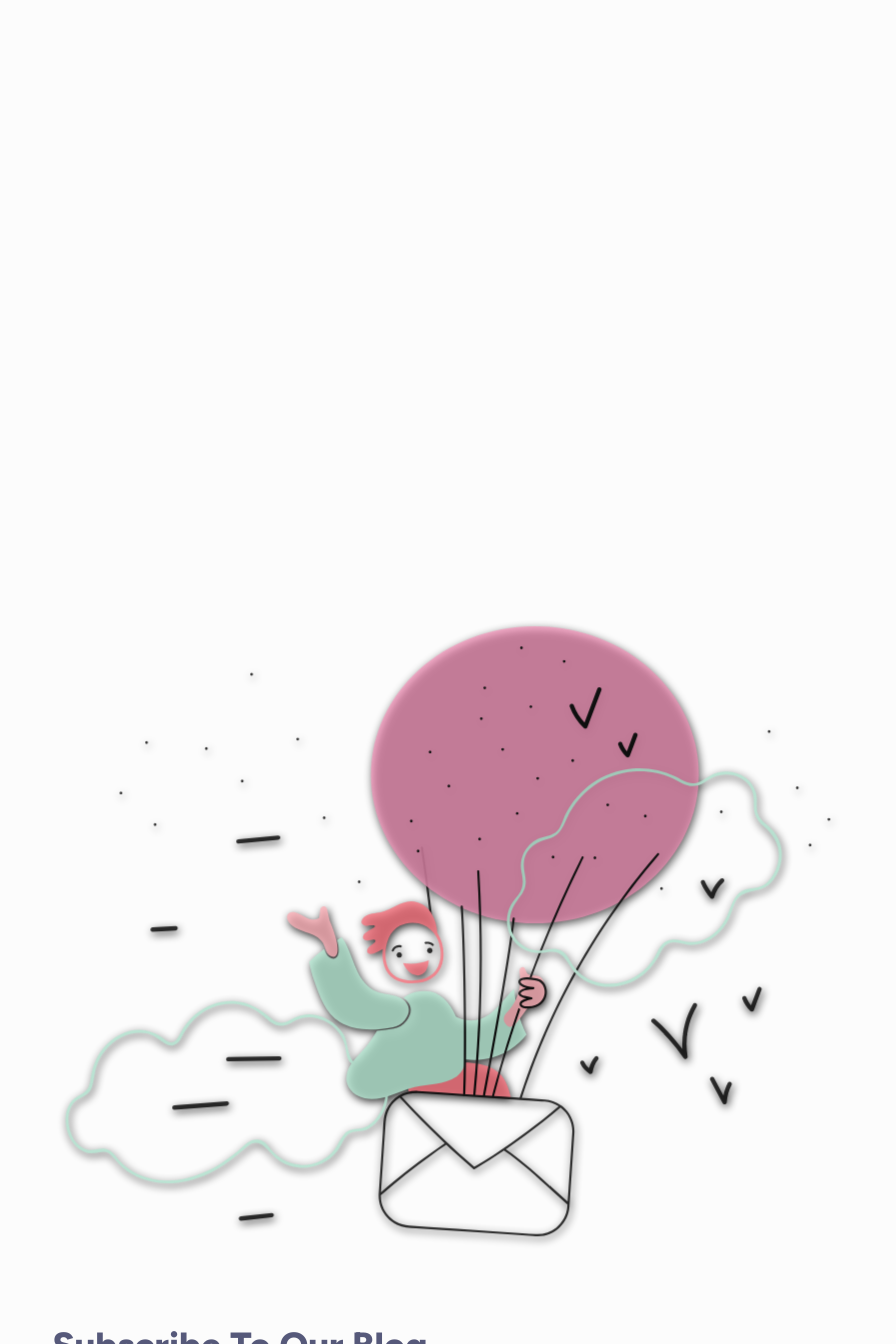
Repository: ArusyakAghajanyan/MirageFigma
Page: Figma/index.html
These files come from the project's save history. The page is drawn as it stood at one moment and after the next save; the edit follows.
The browser window is 1280 px wide. The pictures show the part of the page from y = 3869 to 5789 px (the page is 5923 px tall before and 5283 px after), at 70% of full size.
A picture or video elsewhere on the page could not be fetched, so the positions and the page height are approximate.

Above is the page before, as saved 2022-08-23 16:53:59.

### Figma/index.html
<!DOCTYPE html>
<html lang="en">
  <head>
    <meta charset="UTF-8" />
    <meta http-equiv="X-UA-Compatible" content="IE=edge" />
    <meta name="viewport" content="width=device-width, initial-scale=1.0" />
    <link rel="stylesheet" href="./assets/./css/reset.css" />
    <link rel="stylesheet" href="./assets/css/style.css" />
    <link rel="stylesheet" href="./assets/css/responsive.css" />
    <title>Mirage</title>
  </head>
  <body>
    <header class="header">
      <div class="container">
        <div class="header-content">
          <h1 class="header__logo"><span class="text-primary">Mi</span>rage</h1>
          <nav class="header__nav">
            <ul class="header__menu">
              <li class="header__menu-item">
                <a href="#" class="header__menu-link">Home</a>
              </li>
              <li class="header__menu-item">
                <a href="#" class="header__menu-link">About</a>
              </li>
              <li class="header__menu-item">
                <a href="#" class="header__menu-link">Product</a>
              </li>
              <li class="header__menu-item">
                <a href="#" class="header__menu-link">Pricing</a>
              </li>
              <li class="header__menu-item">
                <a href="#" class="header__menu-link">Test</a>
              </li>
            </ul>
          </nav>
        </div>
      </div>
    </header>
    <main>
      <section class="intro">
        <div class="container">
          <div class="intro-content">
            <div class="intro__description">
              <h2 class="title">__Creative Agency</h2>
              <h3 class="intro__subtitle">
                We Deliver The Best Product for You
              </h3>
              <p class="details">
                Design is the creation of a plan or convention for the
                construction of an object or a system as in architectural
                blueprints, engineering drawings, business processes,
              </p>
              <button class="intro__button base-button base-button--primary">
                <span class="intro__button-text">Get started</span>
                <img
                  class="intro__button-icon"
                  src="./assets/icons/Group 1.svg"
                  alt="arrow"
                />
              </button>
            </div>
            <div class="intro__image-wrapper">
              <img
                class="intro__img"
                src="./assets/images/intro-image.svg"
                alt=""
              />
            </div>
          </div>
        </div>
      </section>
      <section class="services">
        <div class="container">
          <div class="services-content">
            <div class="services__description">
              <h2 class="title">Our Services</h2>
              <h3 class="subtitle services__subtitle">Why People Choose Us</h3>
            </div>
            <div class="services__card">
              <div class="services__card-item">
                <div class="services__image-wrapper">
                  <img
                    class="services__image"
                    src="./assets/images/service-image1.svg"
                    alt="Design"
                  />
                </div>
                <h2 class="services__card-item-title">Design</h2>
                <p class="services__card-item-description">
                  a plan or drawing produced to show the look and function
                </p>
              </div>

              <div class="services__card-item">
                <div class="services__image-wrapper">
                  <img
                    class="services__image"
                    src="./assets/images/service-image2.svg"
                    alt="Development"
                  />
                </div>
                <h2 class="services__card-item-title">Development</h2>
                <p class="services__card-item-description">
                    Development is defined as the process of growth or new</p>
              </div>


              <div class="services__card-item">
                <div class="services__image-wrapper">
                  <img
                    class="services__image"
                    src="./assets/images/service-image3.svg"
                    alt="Branding"
                  />
                </div>
                <h2 class="services__card-item-title">Branding</h2>
                <p class="services__card-item-description">
                    The marketing practice of creating a name, symbol or</p>
                    <div class="services__card-more">
                        <span class="services__card-more-text" >Learn more</span>
                        <img class="services__card-more-icon" src="./assets/images/arrow.svg" alt="">
                    </div>
              </div>

              <div class="services__card-item">
                <div class="services__image-wrapper">
                  <img
                    class="services__image"
                    src="./assets/images/service-image1.svg"
                    alt="Illustration"
                  />
                </div>
                <h2 class="services__card-item-title">Illustration</h2>
                <p class="services__card-item-description">
                    An illustration is a decoration, interpretation or visual                </p>
              </div>
            </div>
          </div>
        </div>
      </section>
      <section class="design">
        <div class="container">
          <div class="design-content">
            <div class="design__image-wrapper">
                <img
                  class="design__img"
                  src="./assets/images/design-image.svg"
                  alt=""
                />
              </div>
            <div class="design__description">
              <h2 class="title">Design Things </h2>
              <h3 class="subtitle">
                We Loves To Design
                Your Creative Ideas              </h3>
              <p class="details">
                A creative concept is an overarching “Big Idea” that captures audience interest, influences their emotional response and inspires them to take action.It is a unifying theme that can be used across all campaign messages
              </p>
              <button class="design__button base-button base-button--primary">
                <span class="design__button-text">Learn more</span>
                <img
                  class="design__button-icon"
                  src="./assets/icons/Group 1.svg"
                  alt="arrow"
                />
              </button>
            </div>

          </div>
        </div>
      </section>
      <section class="teamwork">
        <div class="container">
          <div class="teamwork-content">

            <div class="teamwork__description">
              <h2 class="title">Our Teamwork</h2>
              <h3 class="subtitle">
                We Believe Success
                Lies On Teamwork
              </h3>
              <p class="details">
                Good teamwork means a synergistic way of working with each person committed and working towards a shared goal. ... It is therefore a necessity that leaders facilitate and build the teamwork skills of their people if they are
              </p>
              <button class="teamwork__button base-button base-button--primary">
                <span class="teamwork__button-text">Learn more</span>
                <img
                  class="teamwork__button-icon"
                  src="./assets/icons/Group 1.svg"
                  alt="arrow"
                />
              </button>
            </div>
            <div class="teamwork__image-wrapper">
                <img
                  class="teamwork__img"
                  src="./assets/images/teamwork-image.svg"
                  alt=""
                />
              </div>

          </div>
        </div>
      </section>
      <section class="testimonial">
        <div class="container">
          <div class="testimonial-content">
            <div class="testimonial__image-wrapper">
                <img
                  class="testimonial__img"
                  src="./assets/images/testimonial-image.svg"
                  alt=""
                />
              </div>
            <div class="testimonial__description">
              <h2 class="title">Testimonial</h2>
              <h3 class="subtitle testimonial__subtitle">
                Thats What Our
                Client Says About Us</h3>
              <p class="details">
                “ Heartiest congratulations to the team for Future projects. I extend thankful wishes and wish the team best of luck for the future assignments to come. Your effort is gladly ”              </p>
              <h5 class="testimonial__name">Jorge Morrison</h5>
              <h6 class="testimonial__address">North California,USA</h6>
            </div>
        </div>
           <div class="testimonial__partners">

                   <div class="testimonial__partners-logo">
                       <img class="testimonial__partners-logo-image" src="./assets/images/ferrari.svg" alt="">
                   </div>
                   <div class="testimonial__partners-logo">
                    <img class="testimonial__partners-logo-image" src="./assets/images/microsoft-gray.svg" alt="">
                </div>
                <div class="testimonial__partners-logo">
                    <img class="testimonial__partners-logo-image" src="./assets/images/nat-geo.svg" alt="">
                </div>
                <div class="testimonial__partners-logo">
                    <img class="testimonial__partners-logo-image" src="./assets/images/deloitte-gray.svg" alt="">
                </div>
                <div class="testimonial__partners-logo">
                    <img class="testimonial__partners-logo-image" src="./assets/images/google.svg" alt="">
                </div>

          </div>
        </div>
      </section>
      <section class="subscribe">
        <div class="container">
            <div class="subscribe__image-wrapper">
                <img
                  class="intro__img"
                  src="./assets/images/messagesent-image.svg"
                  alt=""
                />
              </div>
          <div class="subscribe-content">
            <div class="subscribe__description">
              <h2 class="subtitle">Subscribe To Our Blog</h2>

              <p class="subscribe__details">
                A newsletter is a tool used to communicate regularly with
                your subscribers, delivering the information
              </p>
             <div class="subscribe__sent">
                 <div class="subscribe__sent-image-wrraper">
                     <img class="subsribe__image" src="./assets/images/mes-icon.png" alt="">
                 </div>
                 <span class="subsribe__massege-text">Type Your Email Address</span>
             </div>
                 <button class="subsribe__button base-button base-button--primary">
                <span class="subsribe__button-text">Send now</span>
                <img
                  class="subsribe__button-icon"
                  src="./assets/icons/Group 1.svg"
                  alt="arrow"
                />
              </button>


            </div>

          </div>
        </div>
      </section>



    </main>
  </body>
</html>

### Figma/assets/css/reset.css
html, body, div, span, applet, object, iframe,
h1, h2, h3, h4, h5, h6, p, blockquote, pre,
a, abbr, acronym, address, big, cite, code,
del, dfn, em, img, ins, kbd, q, s, samp,
small, strike, strong, sub, sup, tt, var,
b, u, i, center,
dl, dt, dd, ol, ul, li,
fieldset, form, label, legend,
table, caption, tbody, tfoot, thead, tr, th, td,
article, aside, canvas, details, embed,
figure, figcaption, footer, header, hgroup,
menu, nav, output, ruby, section, summary,
time, mark, audio, video {
	margin: 0;
	padding: 0;
	border: 0;
	font-size: 100%;
	font: inherit;
	vertical-align: baseline;
}

article, aside, details, figcaption, figure,
footer, header, hgroup, menu, nav, section {
	display: block;
}
body {
	line-height: 1;
}
ol, ul {
	list-style: none;
}
blockquote, q {
	quotes: none;
}
blockquote:before, blockquote:after,
q:before, q:after {
	content: '';
	content: none;
}
table {
	border-collapse: collapse;
	border-spacing: 0;
}
a {
        color: inherit;
    text-decoration: none;
  }
*, *::before, *::after {
    box-sizing: border-box;
  }

### Figma/assets/css/style.css
/* Fonts */
@import url("../fonts/fonts.css");

/* Variables */
@import url("./var.css");

/* UI */
@import url("./UI/button.css");



@import url("./main.css");

/* Sections */
@import url("./sections/header.css");
@import url("./sections/intro.css");
@import url("./sections/services.css");
@import url("./sections/design.css");
@import url("./sections/teamwork.css");
@import url("./sections/testimonial.css");
@import url("./sections/subscribe.css");

### Figma/assets/fonts/fonts.css
@font-face {
    font-family: 'Figtree';
    src: url('Figtree-Black.eot');
    src: url('Figtree-Black.eot?#iefix') format('embedded-opentype'),
        url('Figtree-Black.woff2') format('woff2'),
        url('Figtree-Black.woff') format('woff'),
        url('Figtree-Black.ttf') format('truetype');
    font-weight: 900;
    font-style: normal;
    font-display: swap;
}

@font-face {
    font-family: 'Figtree';
    src: url('Figtree-Light.eot');
    src: url('Figtree-Light.eot?#iefix') format('embedded-opentype'),
        url('Figtree-Light.woff2') format('woff2'),
        url('Figtree-Light.woff') format('woff'),
        url('Figtree-Light.ttf') format('truetype');
    font-weight: 300;
    font-style: normal;
    font-display: swap;
}

@font-face {
    font-family: 'Figtree';
    src: url('Figtree-SemiBold.eot');
    src: url('Figtree-SemiBold.eot?#iefix') format('embedded-opentype'),
        url('Figtree-SemiBold.woff2') format('woff2'),
        url('Figtree-SemiBold.woff') format('woff'),
        url('Figtree-SemiBold.ttf') format('truetype');
    font-weight: 600;
    font-style: normal;
    font-display: swap;
}

@font-face {
    font-family: 'Figtree';
    src: url('Figtree-Medium.eot');
    src: url('Figtree-Medium.eot?#iefix') format('embedded-opentype'),
        url('Figtree-Medium.woff2') format('woff2'),
        url('Figtree-Medium.woff') format('woff'),
        url('Figtree-Medium.ttf') format('truetype');
    font-weight: 500;
    font-style: normal;
    font-display: swap;
}

@font-face {
    font-family: 'Figtree';
    src: url('Figtree-Bold.eot');
    src: url('Figtree-Bold.eot?#iefix') format('embedded-opentype'),
        url('Figtree-Bold.woff2') format('woff2'),
        url('Figtree-Bold.woff') format('woff'),
        url('Figtree-Bold.ttf') format('truetype');
    font-weight: bold;
    font-style: normal;
    font-display: swap;
}

@font-face {
    font-family: 'Figtree';
    src: url('Figtree-ExtraBold.eot');
    src: url('Figtree-ExtraBold.eot?#iefix') format('embedded-opentype'),
        url('Figtree-ExtraBold.woff2') format('woff2'),
        url('Figtree-ExtraBold.woff') format('woff'),
        url('Figtree-ExtraBold.ttf') format('truetype');
    font-weight: bold;
    font-style: normal;
    font-display: swap;
}

@font-face {
    font-family: 'Figtree';
    src: url('Figtree-Regular.eot');
    src: url('Figtree-Regular.eot?#iefix') format('embedded-opentype'),
        url('Figtree-Regular.woff2') format('woff2'),
        url('Figtree-Regular.woff') format('woff'),
        url('Figtree-Regular.ttf') format('truetype');
    font-weight: normal;
    font-style: normal;
    font-display: swap;
}

### Figma/assets/css/var.css
:root {
    --primary: #F78CB6;
    --secondary: #56597A;
    --background-color: #FCFCFC;
    --secondary-light: #919299;
    --background: #E5E5E5;
    --background-secondary: #FFF1F9;
    --background-light: #fcfcfc;

    /*Abstract*/
    --white: #ffffff;

}

### Figma/assets/css/UI/button.css
.base-button {
    background-color: transparent;
    border: none;
    outline: none;
    padding: 18px 22px;
    border-radius: 4px;
    font-size: 20px;

}
.base-button-hover {
    cursor: pointer;
}
.base-button--primary {
    background-color: var(--primary);
    color: var(--white);
}

### Figma/assets/css/main.css
html, body {
    font-family: 'Figtree', sans-serif;
    background-color: var(--background-light);
    margin: 0;
    padding: 0;
}
.container {
    width: 1130px;
    margin: 0 auto;
}
.text-primary {
    color: var(--primary);
}

.details{
    color: var(--secondary-light);
    margin-bottom: 42px;
    line-height: 32px;
    font-size: 20px;
    margin-top: 24px;
}
.title {
    font-size: 28px;
    color: var(--primary);
    margin-bottom: 15px;
}
.subtitle {
    font-size: 52px;
    font-weight: 700;
    color: var(--secondary);

}

### Figma/assets/css/sections/header.css
.header {
  position: fixed;
  width: 100%;
  padding-top: 57px;
  background-color: #E5E5E5;

}
.header-content {
  display: flex;
  align-items: center;
  justify-content: space-between;
}

.header__logo {
  font-size: 30px;
  font-weight: 700;
  color: var(--secondary);
}

.header__menu {
  display: flex;
  align-items: center;
  justify-content: flex-end;
  color: var( --secondary-light);
}

.header__menu-item:not(:last-child) {
  margin: 0 36px;
}
.header__menu-link:hover {
  color: var( --secondary);
}

### Figma/assets/css/sections/intro.css
.intro {
    height: 100vh;
    display: flex;
    align-items: center;
    justify-content: center;
    /* margin-top: 216px; */
}
.intro-content {
    height: 100vh;
 display: flex;
 align-items: center;
 justify-content: space-between;
 /* espes gisht a heravorutyun pahelu hamar */
  margin-top: 216px;

}
.intro__description {
    width: 50%;
}

.intro__subtitle {
    font-size: 64px;
    font-weight: 700;
    color: var(--secondary);
    margin: 31px;
   margin-top: 29px;
}

.intro__button {

    display: flex;
    align-items: center;
}
.intro__button-icon {
    margin-left: 19px;
}

.intro__image__wrapper {
    width: 50%;

}
.intro__img{
width: 100%;
display: block;
filter: drop-shadow(2px 4px 6px black)

}

### Figma/assets/css/sections/services.css
.services {
  margin-top: 203px;
  display: flex;
  flex-direction: column;
  align-items: center;
  justify-content: center;
}
.services-content {
  align-items: center;
  text-align: center;
}

.services__subtitle {
  margin-top: 6px;
}
.services__card {
  display: flex;
  justify-content: space-between;
  margin-top: 58px;
}
.services__card-item {
  display: flex;
  flex-direction: column;
  width: calc(25% - 16px);
  margin: 0 8px;
  align-items: center;
  justify-content: center;
  background-color: var(--background-secondary);
  border-radius: 8px;
}

.services__image-wrapper {
  display: flex;
  width: 49px;
  height: 43px;
  margin-bottom: 42px;
  margin-top: 56px;
  align-items: center;
  justify-content: center;
}

.services__card-item-title {
  color: var(--secondary);
  font-size: 34px;
  padding-bottom: 10px;
}

.services__card-item-description {
  color: var(--secondary-light);
  font-size: 16px;
  padding: 23px;
}
.services__card-more {
  color: var(--secondary);
  margin-top: 10px;
  font-style: 20px;
}

.services__card-more-icon {
  margin-left: 8px;
}

### Figma/assets/css/sections/design.css
.design {

    display: flex;
    align-items: center;
    justify-content: center;
    margin-top: 194px;
}
.design-content {

 display: flex;
 align-items: center;
 justify-content: space-between;

}
.design__description {
    width: 50%;
}

.design__button {

    display: flex;
    align-items: center;
}
.design__button-icon {
    margin-left: 19px;
}

.design__image__wrapper {
    width: 50%;

}
.design__img {
width: 100%;
display: block;
filter: drop-shadow(2px 4px 6px black);
}

### Figma/assets/css/sections/teamwork.css
.teamwork{

    display: flex;
    align-items: center;
    justify-content: center;
    margin-top: 270px;
}
.teamwork-content {

 display: flex;
 align-items: center;
 justify-content: space-between;

}
.teamwork__description {
    width: 50%;
}

.teamwork__button {

    display: flex;
    align-items: center;
    margin-top: 40px;
}
.teamwork__button-icon {
    margin-left: 19px;
}

.teamwork__image__wrapper {
    width: 50%;

}
.teamwork__img {
width: 100%;
display: block;
filter: drop-shadow(2px 4px 6px black);
}

### Figma/assets/css/sections/testimonial.css
.testimonial {
    display: flex;
    align-items: center;
    justify-content: center;
    margin-top: 194px;
}
.testimonial-content {
 display: flex;
 align-items: center;
 justify-content: space-between;

}
.testimonial__subtitle{
    margin-bottom: 38px;
}

.testimonial__description {
    width: 50%;
}
.testimonial__name{
    margin-top: 23px;
    font-size: 28px;
    color: var( --secondary);
}
.testimonial__address{
    margin-top: 5px;
    font-size: 16px;
    color: #ABABAB;

}
.testimonial__image__wrapper {
    width: 50%;

}
.testimonial__img {
width: 100%;
display: block;
filter: drop-shadow(2px 4px 6px black);
}

.testimonial__partners {
    display: flex;
    justify-content: space-between;
    margin-top: 220px;
}
.testimonial__partners-logo{
    width: 140px;
    height: 46px;
}
.testimonial__partners-logo-image {
width: 100%;
display: block;
}

### Figma/assets/css/sections/subscribe.css
.subscribe {
    display: flex;
    align-items: center;
    justify-content: center;
    margin-top: 800px;
}
.testimonial-content {
 display: flex;
 align-items: center;
 justify-content: space-between;

}
.testimonial__subtitle{
    margin-bottom: 38px;
}

.testimonial__description {
    width: 50%;
}
.testimonial__name{
    margin-top: 23px;
    font-size: 28px;
    color: var( --secondary);
}
.testimonial__address{
    margin-top: 5px;
    font-size: 16px;
    color: #ABABAB;

}
.testimonial__image__wrapper {
    width: 50%;

}
.testimonial__img {
width: 100%;
display: block;
filter: drop-shadow(2px 4px 6px black);
}

.testimonial__partners {
    display: flex;
    justify-content: space-between;
    margin-top: 220px;
}
.testimonial__partners-logo{
    width: 140px;
    height: 46px;
}
.testimonial__partners-logo-image {
width: 100%;
display: block;
}

Loaded but not shown: Figma/assets/css/responsive.css (no copy from this time; the picture is the same without it)

After the next save:
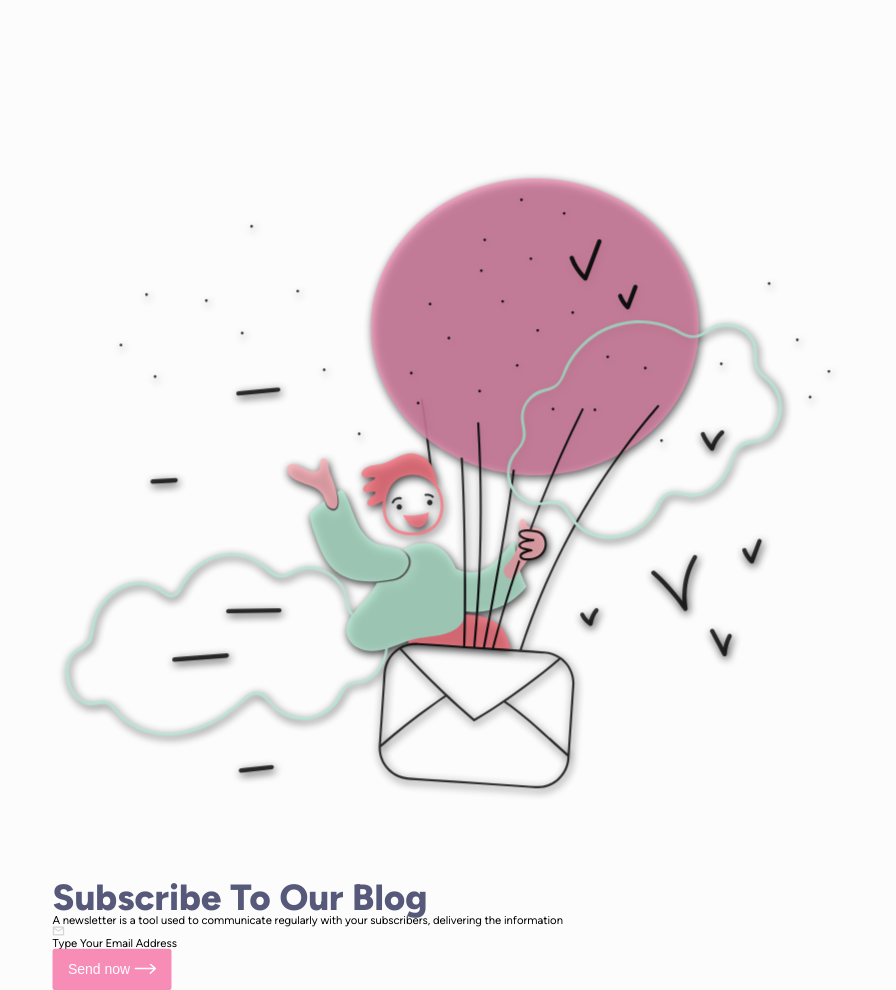
Saved 27 s later.
--- a/Figma/assets/css/sections/subscribe.css
+++ b/Figma/assets/css/sections/subscribe.css
@@ -2,7 +2,7 @@
     display: flex;
     align-items: center;
     justify-content: center;
-    margin-top: 800px;
+    margin-top: 160px;
 }
 .testimonial-content {
  display: flex;
